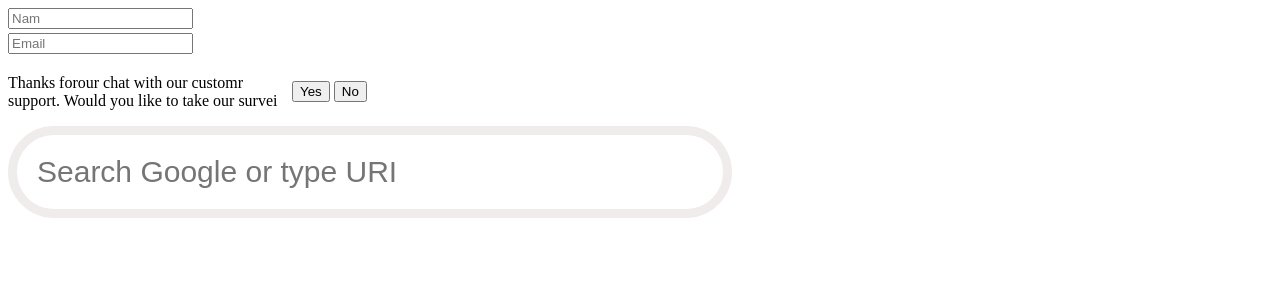
Repository: RagulRanjeeth/Frontend
Page: Exercises/ExerciseDisplai.html
An editor plug-in stored every save of this project. The page is shown before and after the next save, followed by the edit.
The browser window is 1280 px wide. The pictures show the whole page.

Above is the page before, as saved 2026-01-22 15:11:10.

### Exercises/ExerciseDisplai.html
<!DOCTYPE html>
<html>
    <head>
        <title>
            Display Exercises
        </title>

        <style>
            input{
                display: block;
                margin-top: 0px;
                margin-bottom: 4px;
            }

            .SurveiReport{
                font-family:'Times New Roman';
                width: 280px;
                display: inline-block;
                vertical-align: middle;
            }

            button{
                    display: inline-block;
            }

           .GSearch{
                padding-top: 20px;
                padding-bottom: 20px;
                padding-left: 20px;
                padding-right: 300px;
                font-size: 30px;
                border-radius: 50px;
                border-style:solid;
                border-width: 9px;
               border-color:rgb(240, 236, 236);


            }
        </style>

    </head>
    <body>
        <input placeholder="Nam" type="Text" placeholder="Name">
        <input  placeholder="Email" type="Text">

        <p class="SurveiReport">Thanks forour chat with our customr support. Would you like to take our survei</p>

        <button>Yes</button>
        <button>No</button>

        <input class="GSearch"placeholder="Search Google or type URI " type="Text">
        </body>
</html>

After the next save:
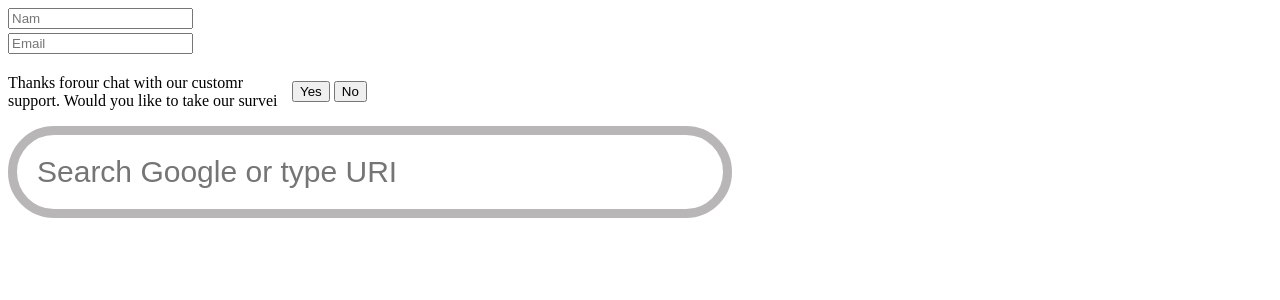
Saved 7 s later.
--- a/Exercises/ExerciseDisplai.html
+++ b/Exercises/ExerciseDisplai.html
@@ -32,7 +32,7 @@
                 border-radius: 50px;
                 border-style:solid;
                 border-width: 9px;
-               border-color:rgb(240, 236, 236);
+               border-color:rgb(184, 182, 182);
 
 
             }
